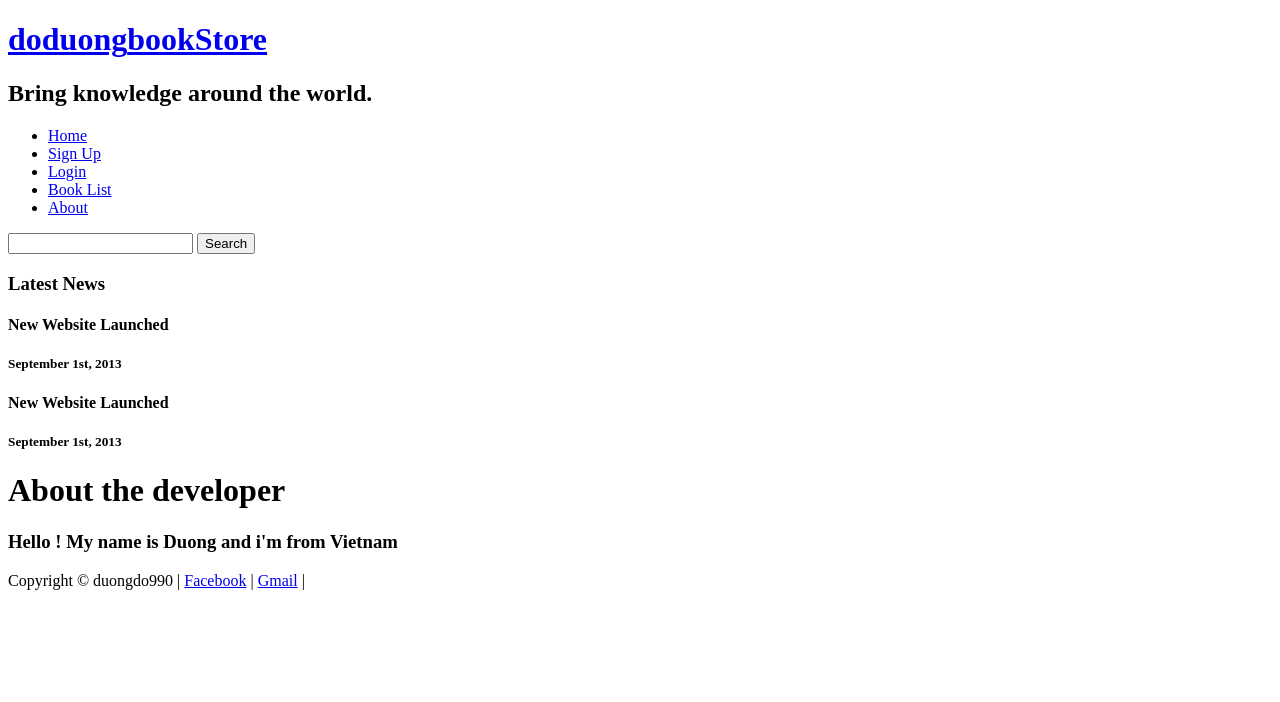
Repository: ngttuyen/JavaWeb
Page: http://localhost/MyWebsite/about.jsp
The author's editor kept a copy of each file at every save. The page is drawn from the files as they stood at one save, then again after a run of saves.
The browser window is 1280 px wide. The pictures show the whole page.
The page is served by Tomcat 9. Other server files are loaded and not shown.

Above is the page before, as saved 2019-06-02 15:05:39.

### MyWebsite/WebContent/about.jsp
<%@page contentType="text/html" pageEncoding="utf-8"%>
<%@ include file="includes/head.jsp"%>
<body>
	<div id="main">
		<div id="header">
			<div id="logo">
				<div id="logo_text">
					<!-- class="logo_colour", allows you to change the colour of the text -->
					<h1>
						<a href="index.jsp">doduong<span class="logo_colour">bookStore</span></a>
					</h1>
					<h2>Bring knowledge around the world.</h2>
				</div>
			</div>
			<div id="menubar">
				<ul id="menu">
					<!-- put class="selected" in the li tag for the selected page - to highlight which page you're on -->
					<li><a href="home">Home</a></li>
					<li><a href="signup">Sign Up</a></li>
					<li><a href="login">Login</a></li>
					<li><a href="book">Book List</a></li>
					<li class="selected"><a href="about">About</a></li>
				</ul>
				<form method="get" action="" id="searchForm">
					<input type="text" name="search" id="search-input" class="styled-input">
					<button class="button">Search</button>
				</form>
			</div>
		</div>
		<div id="site_content">
			<%@ include file="/includes/sidebar.jsp"%>
			<div id="content">
			<!-- -------------------------your code here---------------------- --->
			<h1>About the developer</h1>
			<h3>Hello ! My name is Duong and i'm from Vietnam</h3>








			<!-- -------------------------your code here---------------------- --->
			</div>
		</div>
		<div id="footer">
			<!---footer here --->
			<%@ include file="/includes/footer.jsp"%>
		</div>
	</div>
</body>
</html>

### MyWebsite/WebContent/includes/sidebar.jsp
<%@page contentType="text/html" pageEncoding="utf-8"%>
<%@page import="controller.ProcessLogin"%>
<div class="sidebar">
	<!-- insert your sidebar items here -->
	<h3>Latest News</h3>
	<h4>New Website Launched</h4>
	<h5>September 1st, 2013</h5>
	<p></p>
	<h4>New Website Launched</h4>
	<h5>September 1st, 2013</h5>
</div>

### MyWebsite/WebContent/includes/footer.jsp
<%@page contentType="text/html" pageEncoding="utf-8"%>
<div id="footer">
	Copyright &copy; duongdo990 | <a
		href="#">Facebook</a> | <a
		href="#">Gmail</a> |
</div>
</div>

### MyWebsite/WebContent/includes/head.jsp
<%@page contentType="text/html" pageEncoding="utf-8" %>
<!doctype html>
<html>

<head>
  <title>doduong's BookStore</title>
  <meta name="description" content="website description" />
  <meta name="keywords" content="website keywords, website keywords" />
  <meta http-equiv="content-type" content="text/html; charset=windows-1252" />
  <link rel="stylesheet"href="styles/style.css" title="style">
</head>

Loaded but not shown: MyWebsite/MyWebsite/styles/style.css (no stored copy; drawn as an empty file)

After the next 2 saves:
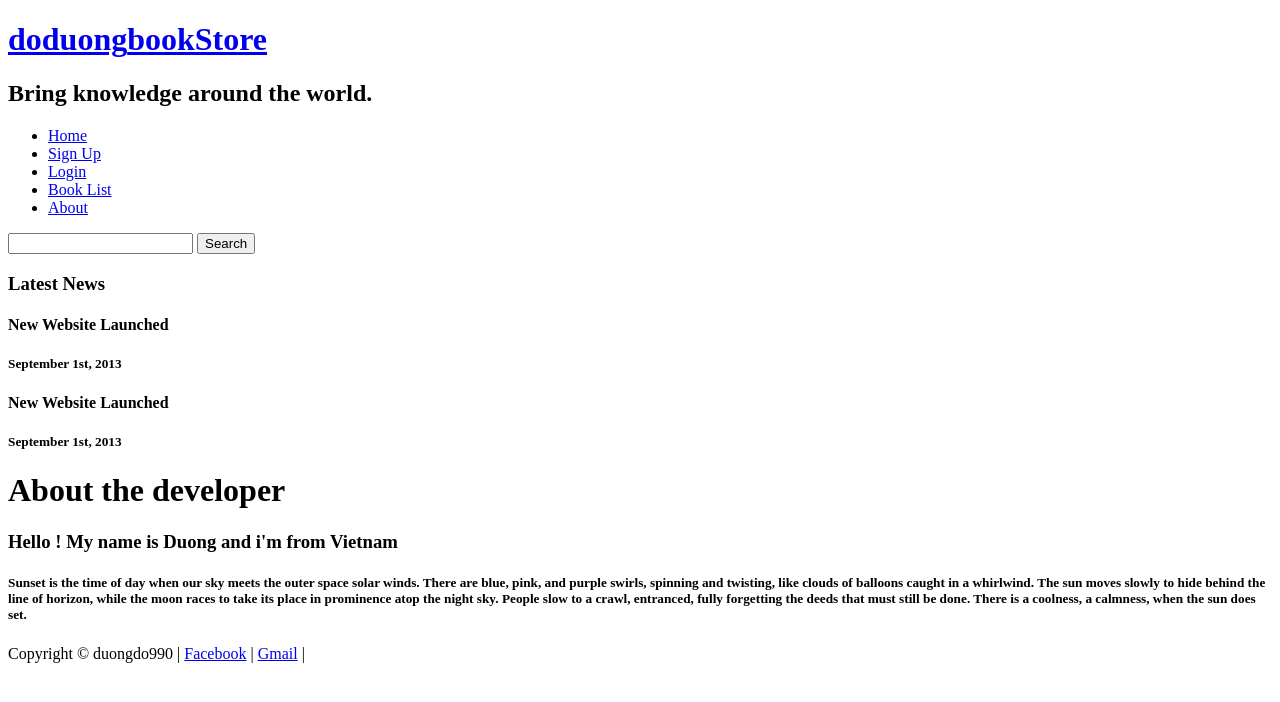
The 2 saves are shown as one change because they came seconds apart.
The last was saved 31 s later.
--- a/MyWebsite/WebContent/about.jsp
+++ b/MyWebsite/WebContent/about.jsp
@@ -22,7 +22,8 @@
 					<li class="selected"><a href="about">About</a></li>
 				</ul>
 				<form method="get" action="" id="searchForm">
-					<input type="text" name="search" id="search-input" class="styled-input">
+					<input type="text" name="search" id="search-input"
+						class="styled-input">
 					<button class="button">Search</button>
 				</form>
 			</div>
@@ -30,9 +31,17 @@
 		<div id="site_content">
 			<%@ include file="/includes/sidebar.jsp"%>
 			<div id="content">
-			<!-- -------------------------your code here---------------------- --->
-			<h1>About the developer</h1>
-			<h3>Hello ! My name is Duong and i'm from Vietnam</h3>
+				<!-- -------------------------your code here---------------------- --->
+				<h1>About the developer</h1>
+				<h3>Hello ! My name is Duong and i'm from Vietnam</h3>
+				<h5>Sunset is the time of day when our sky meets the outer
+					space solar winds. There are blue, pink, and purple swirls,
+					spinning and twisting, like clouds of balloons caught in a
+					whirlwind. The sun moves slowly to hide behind the line of horizon,
+					while the moon races to take its place in prominence atop the night
+					sky. People slow to a crawl, entranced, fully forgetting the deeds
+					that must still be done. There is a coolness, a calmness, when the
+					sun does set.</h5>
 
 
 
@@ -41,7 +50,7 @@
 
 
 
-			<!-- -------------------------your code here---------------------- --->
+				<!-- -------------------------your code here---------------------- --->
 			</div>
 		</div>
 		<div id="footer">
